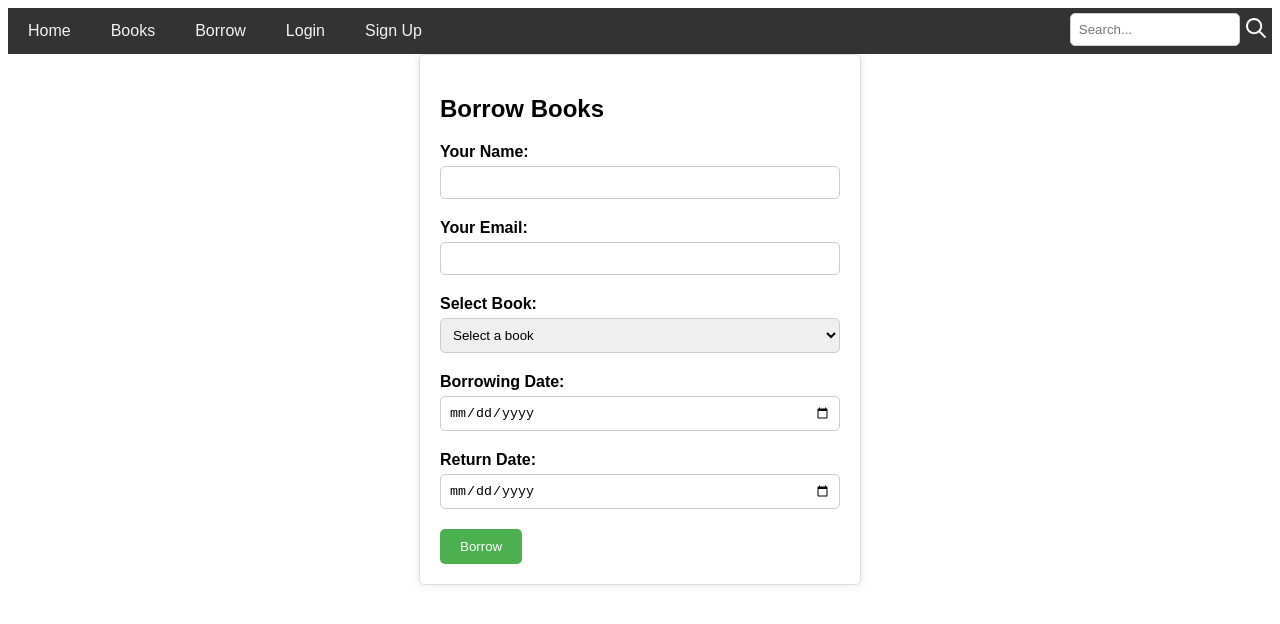
Repository: fadyesk12/Web-Technology-Course-Project
Page: borrow.html
These files come from the project's save history. The page is drawn as it stood at one moment and after the next save; the edit follows.
The browser window is 1280 px wide. The pictures show the whole page.

Above is the page before, as saved 2024-04-19 02:25:09.

### borrow.html
<!DOCTYPE html>
<html lang="en">
<head>
<meta charset="UTF-8">
<meta name="viewport" content="width=device-width, initial-scale=1.0">
<title>Borrow Books</title>
<link rel="stylesheet" href="./Styling/borrow.css">
</head>
<body>
  <div id="navbar">
    <a href="./index.html">Home</a>
    <a href="./book_list.html">Books</a>
    <a href="./borrow.html">Borrow</a>
    <a href="./auth/login.html">Login</a>
    <a href="./auth/signup.html">Sign Up</a>
    <div class ="search">
      <form action="" method="get">
        <input type="text" placeholder="Search...">
        <button type="submit"><img src="./PICS/search.png"></button>
      </form>
    </div>
</div>

<div class="container">
  <h2>Borrow Books</h2>
  <form action="#" method="post">
    <div class="form-group">
      <label for="name">Your Name:</label>
      <input type="text" id="name" name="name" required>
    </div>
    <div class="form-group">
      <label for="email">Your Email:</label>
      <input type="email" id="email" name="email" required>
    </div>
    <div class="form-group">
      <label for="book">Select Book:</label>
      <select id="book" name="book" required>
        <option value="">Select a book</option>
        <option value="book1">Book 1</option>
        <option value="book2">Book 2</option>
        <option value="book3">Book 3</option>
        <!-- Add more books as needed -->
      </select>
    </div>
    <div class="form-group">
      <label for="borrow-date">Borrowing Date:</label>
      <input type="date" id="borrow-date" name="borrow-date" required>
    </div>
    <div class="form-group">
      <label for="return-date">Return Date:</label>
      <input type="date" id="return-date" name="return-date" required>
    </div>
    <input type="submit" value="Borrow">
  </form>
</div>

</body>
</html>

### Styling/borrow.css
#navbar {
    overflow: hidden;
    background-color: #333;
   }
   #navbar a {
    float: left;
    display: block;
    color: #f2f2f2;
    text-align: center;
    padding: 14px 20px;
    text-decoration: none;
   }
   #navbar a:hover {
    background-color: #ddd;
    color: black;
   }
 body {
   font-family: Arial, sans-serif;
 }

 .container {
   max-width: 400px;
   margin: 0 auto;
   padding: 20px;
   border: 1px solid #ddd;
   border-radius: 5px;
   box-shadow: 0 0 10px rgba(0, 0, 0, 0.1);
 }

 .form-group {
   margin-bottom: 20px;
 }

 label {
   display: block;
   font-weight: bold;
   margin-bottom: 5px;
 }

 input[type="text"],
 input[type="email"],
 select,
 input[type="date"] {
   width: 100%;
   padding: 8px;
   border: 1px solid #ccc;
   border-radius: 5px;
   box-sizing: border-box;
 }

 input[type="submit"] {
   background-color: #4CAF50;
   color: white;
   padding: 10px 20px;
   border: none;
   border-radius: 5px;
   cursor: pointer;
 }

 input[type="submit"]:hover {
   background-color: #45a049;
 }

 .search{
 margin-top: 5px;
 float:right;
 }

.search input{
 width:75%;
 }

.search img{
 width: 20px;
 }

.search button{
 background-color: #333;
 border: 0;
 }

 .search form{
     display: flex;
     align-items: center;
     justify-content: right;
   }

After the next save:
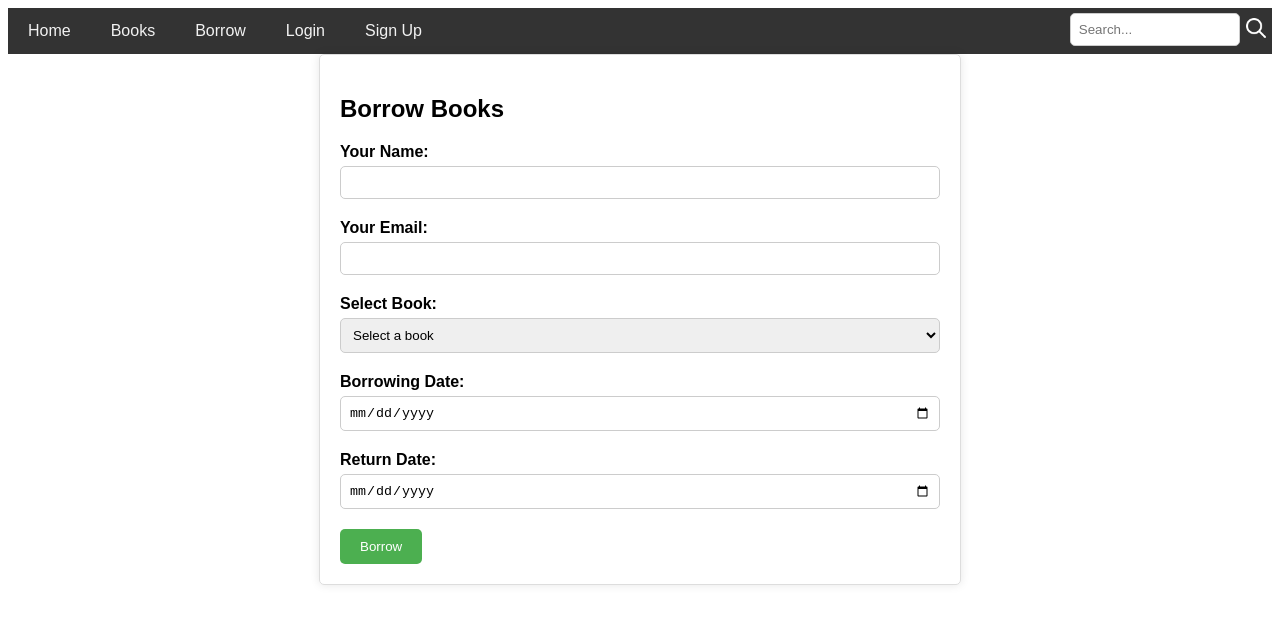
Saved 2 min 32 s later.
--- a/Styling/borrow.css
+++ b/Styling/borrow.css
@@ -19,7 +19,7 @@
  }
 
  .container {
-   max-width: 400px;
+   max-width: 600px;
    margin: 0 auto;
    padding: 20px;
    border: 1px solid #ddd;
